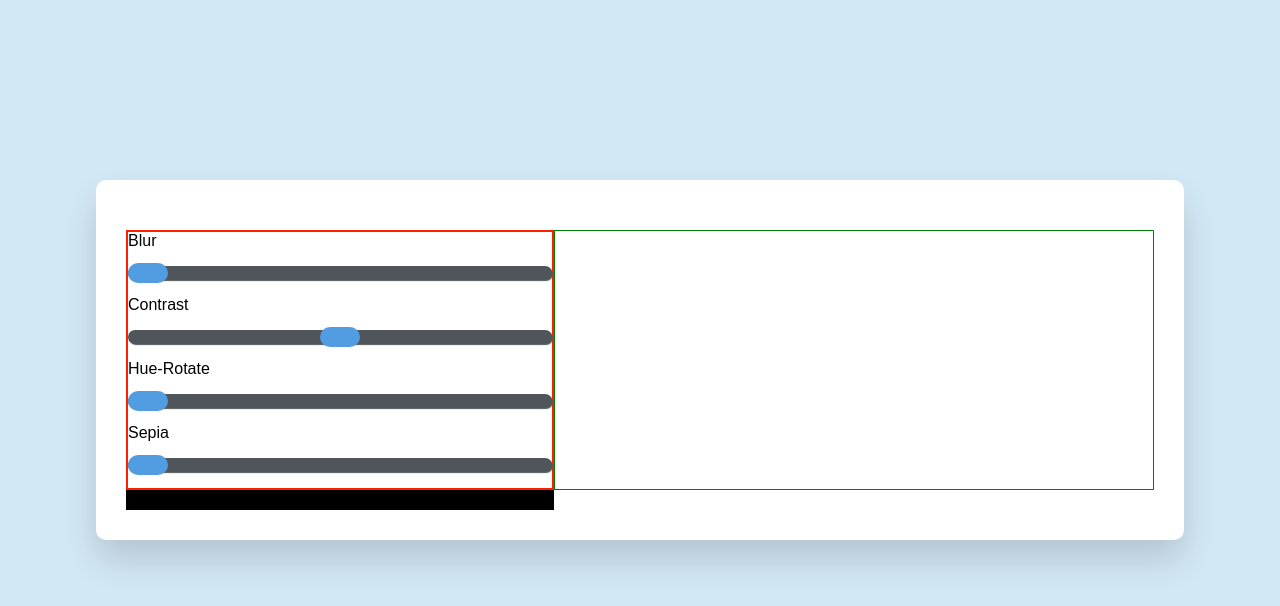
Repository: Larrowo/Challenges
Page: Photo filter/index.html
The author's editor kept a copy of each file at every save. The page is drawn from the files as they stood at one save, then again after the next save.
The browser window is 1280 px wide. The pictures show the whole page.

Above is the page before, as saved 2022-04-01 12:30:04.

### Photo filter/index.html
<!DOCTYPE html>
<html lang="en">
<head>
    <meta charset="UTF-8">
    <meta http-equiv="X-UA-Compatible" content="IE=edge">
    <meta name="viewport" content="width=device-width, initial-scale=1.0">
    <link rel="stylesheet" href="style.css">
    <script src="script.js" defer></script>
    <title>Document</title>
</head>
<body>
    <div class="wrapper">
        <div class="editor">
            <div class="filter">
                <label for="blur">Blur</label>
                <input type="range" min="0" max="5" value="0" step="0.1" id="blur">
            </div>
            <div class="filter">
                <label for="contrast">Contrast</label>
                <input type="range" min="0" max="200" value="100"  id="Contrast">
            </div>
            <div class="filter">
                <label for="Hue-rotate">Hue-Rotate</label>
                <input type="range" min="0" max="360" value="0"  id="Hue-rotate">
            </div>
            <div class="filter">
                <label for="Sepia">Sepia</label>
                <input type="range" min="0" max="100" value="0"  id="Sepia">
            </div>

        </div>
        <div class="results">

        </div>
    </div>
</body>
</html>

### Photo filter/style.css
*{
    padding: 0;
    margin: 0;
    box-sizing: border-box;
    font-family: "Rubik",sans-serif;
}

body{
    background-color: #d3e8f5;
}

 .wrapper{
     width: 85vw;
     padding: 50px 30px;
     background-color: #ffffff;
     position: absolute;
     transform: translate(-50%,-50%);
     top: 50%;
     left: 50%;
     border-radius: 10px;
     box-shadow: 0 20px 35px rgba(0,0,0,0.15);
     display: grid;
     grid-template-columns: 5fr 7fr;
 }

 .editor{
     border: 2px solid rgb(255, 30, 0);
     box-shadow: 0 20px;
     min-height: 35vmin;
     display: flex;
     flex-direction: column;
 }

 .results{
     border: 1px solid green;
 }

 /*Todo lo que está debajo fue descaradamente robado*/

 input[type=range] {
    height: 26px;
    -webkit-appearance: none;
    margin: 10px 0;
    width: 100%;
  }
  input[type=range]:focus {
    outline: none;
  }
  input[type=range]::-webkit-slider-runnable-track {
    width: 100%;
    height: 14px;
    cursor: pointer;
    animate: 0.2s;
    box-shadow: 1px 1px 1px #50555C;
    background: #50555C;
    border-radius: 14px;
    border: 0px solid #000000;
  }
  input[type=range]::-webkit-slider-thumb {
    box-shadow: 0px 0px 0px #000000;
    border: 0px solid #000000;
    height: 20px;
    width: 40px;
    border-radius: 12px;
    background: #529DE1;
    cursor: pointer;
    -webkit-appearance: none;
    margin-top: -3px;
  }
  input[type=range]:focus::-webkit-slider-runnable-track {
    background: #50555C;
  }
  input[type=range]::-moz-range-track {
    width: 100%;
    height: 14px;
    cursor: pointer;
    animate: 0.2s;
    box-shadow: 1px 1px 1px #50555C;
    background: #50555C;
    border-radius: 14px;
    border: 0px solid #000000;
  }
  input[type=range]::-moz-range-thumb {
    box-shadow: 0px 0px 0px #000000;
    border: 0px solid #000000;
    height: 20px;
    width: 40px;
    border-radius: 12px;
    background: #529DE1;
    cursor: pointer;
  }
  input[type=range]::-ms-track {
    width: 100%;
    height: 14px;
    cursor: pointer;
    animate: 0.2s;
    background: transparent;
    border-color: transparent;
    color: transparent;
  }
  input[type=range]::-ms-fill-lower {
    background: #50555C;
    border: 0px solid #000000;
    border-radius: 28px;
    box-shadow: 1px 1px 1px #50555C;
  }
  input[type=range]::-ms-fill-upper {
    background: #50555C;
    border: 0px solid #000000;
    border-radius: 28px;
    box-shadow: 1px 1px 1px #50555C;
  }
  input[type=range]::-ms-thumb {
    margin-top: 1px;
    box-shadow: 0px 0px 0px #000000;
    border: 0px solid #000000;
    height: 20px;
    width: 40px;
    border-radius: 12px;
    background: #529DE1;
    cursor: pointer;
  }
  input[type=range]:focus::-ms-fill-lower {
    background: #50555C;
  }
  input[type=range]:focus::-ms-fill-upper {
    background: #50555C;
  }

Loaded but not shown: Photo filter/script.js (no copy from this time; the picture is the same without it)

After the next save:
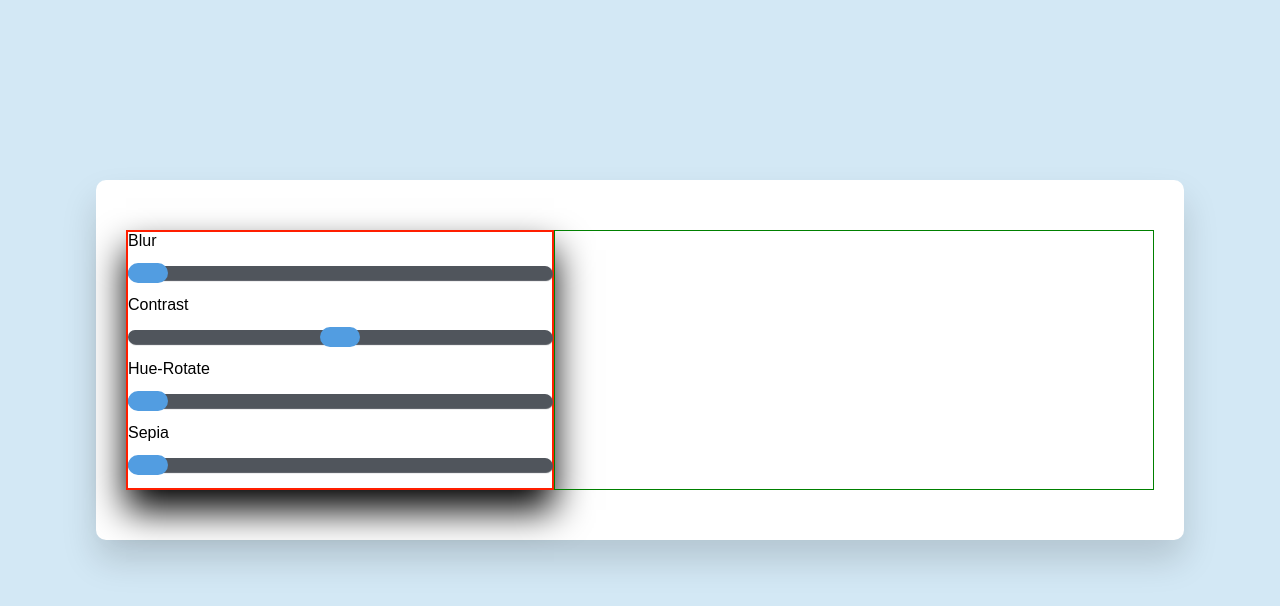
Saved 5 s later.
--- a/Photo filter/style.css
+++ b/Photo filter/style.css
@@ -25,7 +25,7 @@ body{
 
  .editor{
      border: 2px solid rgb(255, 30, 0);
-     box-shadow: 0 20px;
+     box-shadow: 0 20px 35px;
      min-height: 35vmin;
      display: flex;
      flex-direction: column;
